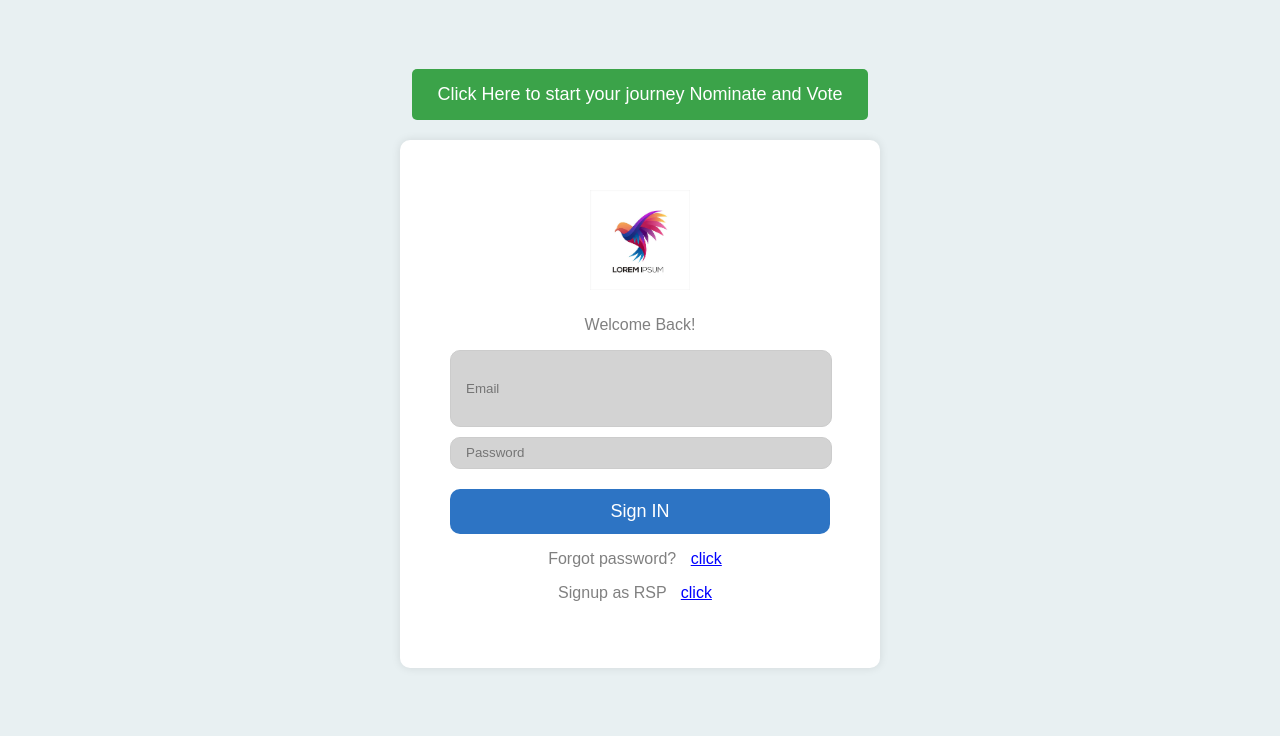
Repository: Femi007-gh/welcome
Page: index.html
The author's editor kept a copy of each file at every save. The page is drawn from the files as they stood at one save, then again after the next save.
The browser window is 1280 px wide. The pictures show the whole page.

Above is the page before, as saved 2025-03-10 20:03:58.

After the next save:
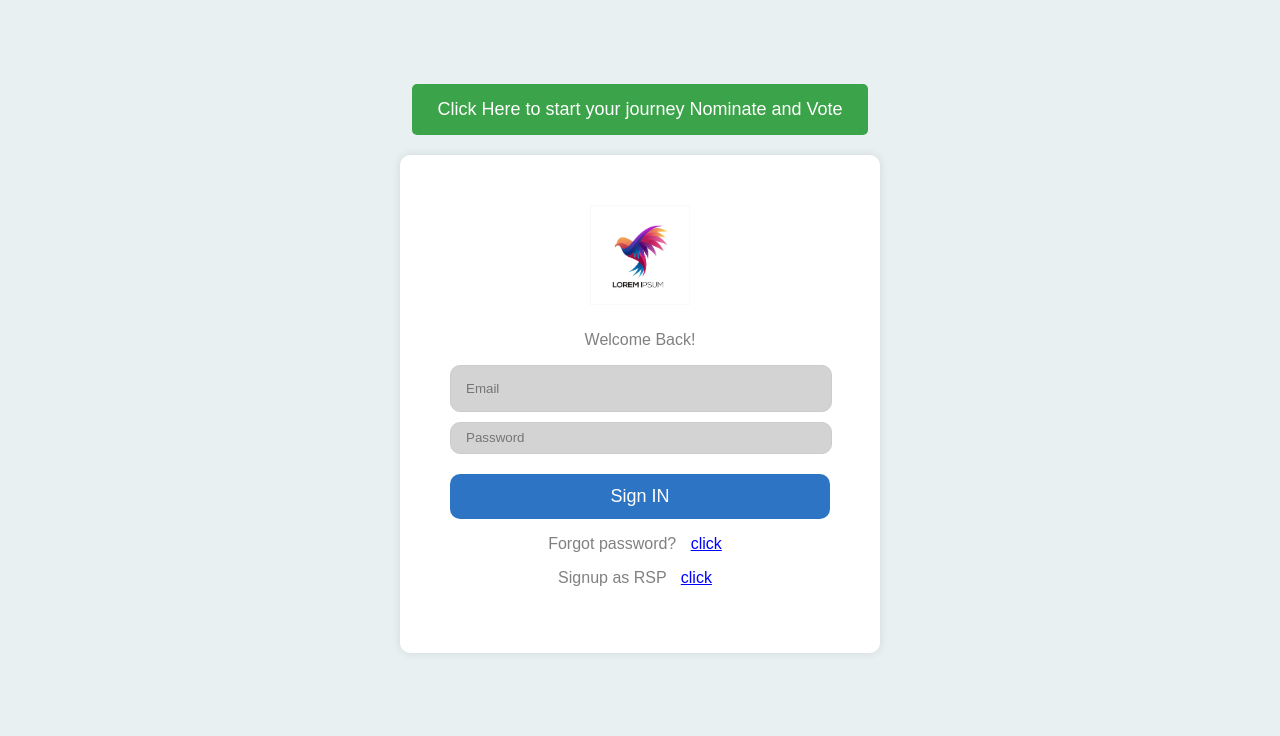
Saved 57 s later.
--- a/style.css
+++ b/style.css
@@ -82,6 +82,5 @@
   height: 3px;
 }
 .lit {
-  height: 55px;
-  width: 380px;
+
 }

After the save that followed:
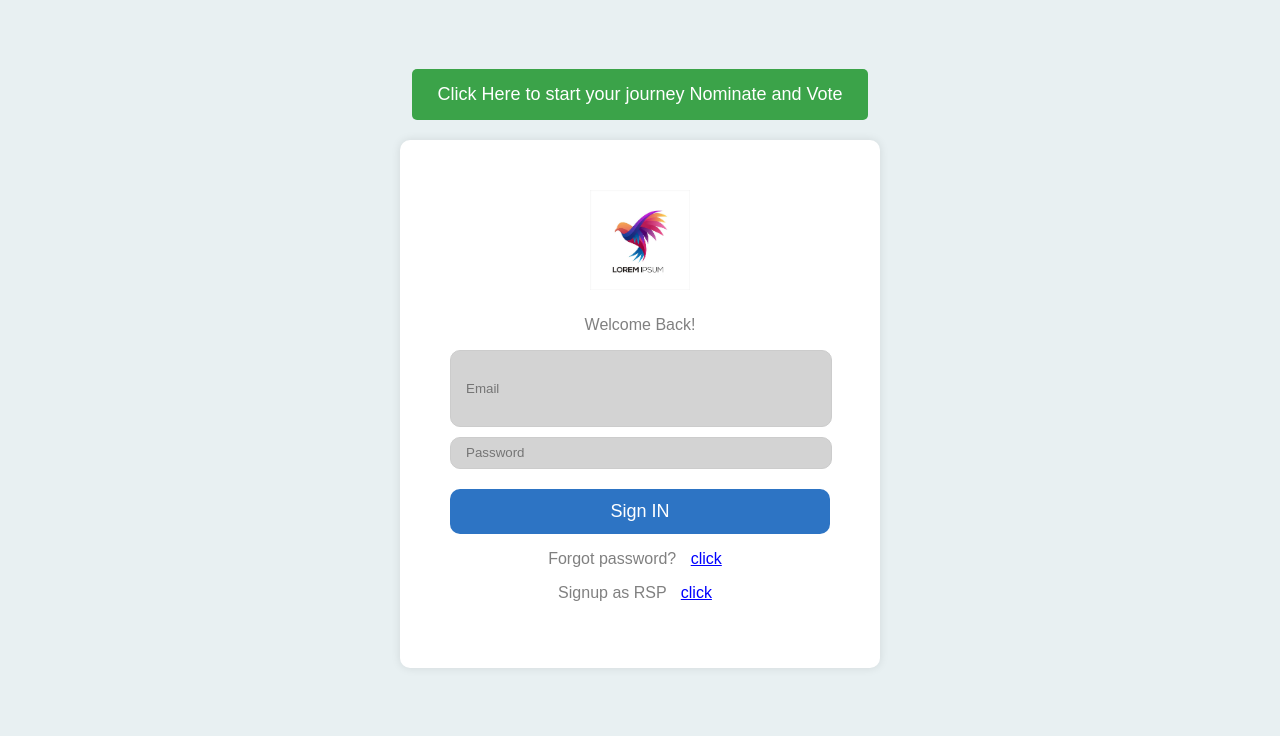
Saved 5 s later.
--- a/style.css
+++ b/style.css
@@ -82,5 +82,6 @@
   height: 3px;
 }
 .lit {
-
+  height: 55px;
+  width: 380px;
 }
